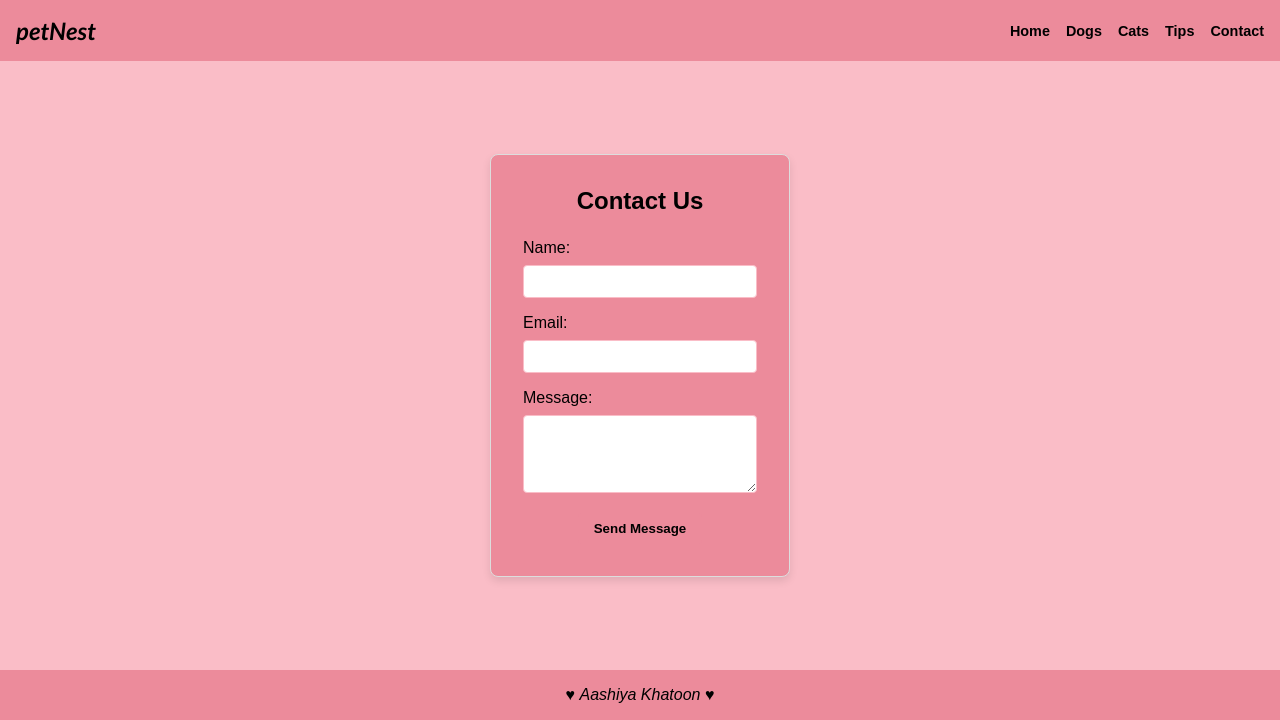
Repository: SHAHZADcodr/pet_care
Page: pages/contact.html
The author's editor kept a copy of each file at every save. The page is drawn from the files as they stood at one save, then again after the next save.
The browser window is 1280 px wide. The pictures show the whole page.

Above is the page before, as saved 2024-11-04 23:40:29.

### pages/contact.html
<!DOCTYPE html>
<html lang="en">
<head>
    <meta charset="UTF-8">
    <meta name="viewport" content="width=device-width, initial-scale=1.0">
    <title>Contact Us</title>
    <link rel="stylesheet" href="contact.css"> <!-- Link to your CSS file -->
</head>
<body>
    <header>
        <nav>
     <h1 id="webName"><i><strong>petNest</strong></i></h1>
     <ul id="nav-links">
         <li><a href="../index.html">Home</a></li>
         <li><a href="dog.html">Dogs</a></li>
         <li><a href="cat.html">Cats</a></li>
         <li><a href="tips.html">Tips</a></li>
         <li><a href="contact.html" id="you">Contact</a></li>
     </ul>
 </nav>
    </header>
    <main class="contact-page">
        <div class="contact-card">
            <h2>Contact Us</h2>
            <form id="contact-form">
                <div class="form-group">
                    <label for="name">Name:</label>
                    <input type="text" id="name" name="name" required>
                </div>
                <div class="form-group">
                    <label for="email">Email:</label>
                    <input type="email" id="email" name="email" required>
                </div>
                <div class="form-group">
                    <label for="message">Message:</label>
                    <textarea id="message" name="message" rows="4" required></textarea>
                </div>
                <button type="submit">Send Message</button>
            </form>
        </div>
    </main>
    <footer>
        <p>&hearts; <i>Aashiya Khatoon</i> &hearts;</p>
    </footer>
</body>
</html>

### pages/contact.css
/* General Reset */
* {
    margin: 0;
    padding: 0;
    box-sizing: border-box;
}
:root{
    --bg-background-color:rgb(236, 139, 155);
    --bg--body-color:rgb(250, 189, 199);
}
/* Basic Layout */
body {
    font-family: Arial, sans-serif;
    display: flex;
    flex-direction: column;
    min-height: 100vh; /* Ensures body takes full height of the viewport */
    background-color:var(--bg--body-color);
    cursor:url(/images/cursor.svg)3 3,auto;
}

header {
    background-color:var(--bg-background-color);
    padding: 1rem;
    color: black;;
}

nav {
    display: flex;
    justify-content: space-between;
    align-items: center;
}

#nav-links {
    list-style-type: none;
    display: flex;
    gap: 1rem;
}

#nav-links a {
    color:black;
    text-decoration: none;
    font-size:0.9rem;
    font-weight: 600;
    transition:color 0.2s;
}
#nav-links a:hover{
    color:white!important;
}

/*Website name*/
#webName{
    font-family: 'Gill Sans', 'Gill Sans MT', Calibri, 'Trebuchet MS', sans-serif;
}
#webName:hover{
    color:aliceblue;
}


.contact-page {
    flex-grow: 1; /* Allows the main content to grow and push footer down */
    display: flex;
    justify-content: center;
    align-items: center;
}

.contact-card {
    background-color:var(--bg-background-color);
    border: 1px solid #ddd;
    border-radius: 8px;
    box-shadow: 0 4px 8px rgba(0, 0, 0, 0.1);
    padding: 2rem;
    width: 300px; /* Fixed width for contact card */
    text-align: center;
}

.contact-card h2 {
    margin-bottom: 1.5rem;
}

.form-group {
    margin-bottom: 1rem;
    text-align: left;
}

.form-group label {
    display: block;
    margin-bottom: 0.5rem;
}

.form-group input,
.form-group textarea {
    width: 100%;
    padding: 0.5rem;
    border: 1px solid var(--bg--body-color);
    border-radius: 4px;
}

button {
    background-color:var(--bg-background-color);
    border: none;
    padding: 0.5rem 1rem;
    border-radius: 4px;
    cursor: pointer;
    font-weight: bold;
}

button:hover {
    background-color:rgba(229, 209, 32, 0.881); /* Darken button on hover */
}

footer {
    background-color:var(--bg-background-color);
    text-align: center;
    padding: 1rem;
}

/* Responsive Design */
@media (max-width: 600px) {
    .contact-card {
        width: 90%; /* Full width on small screens */
    }
}

After the next save:
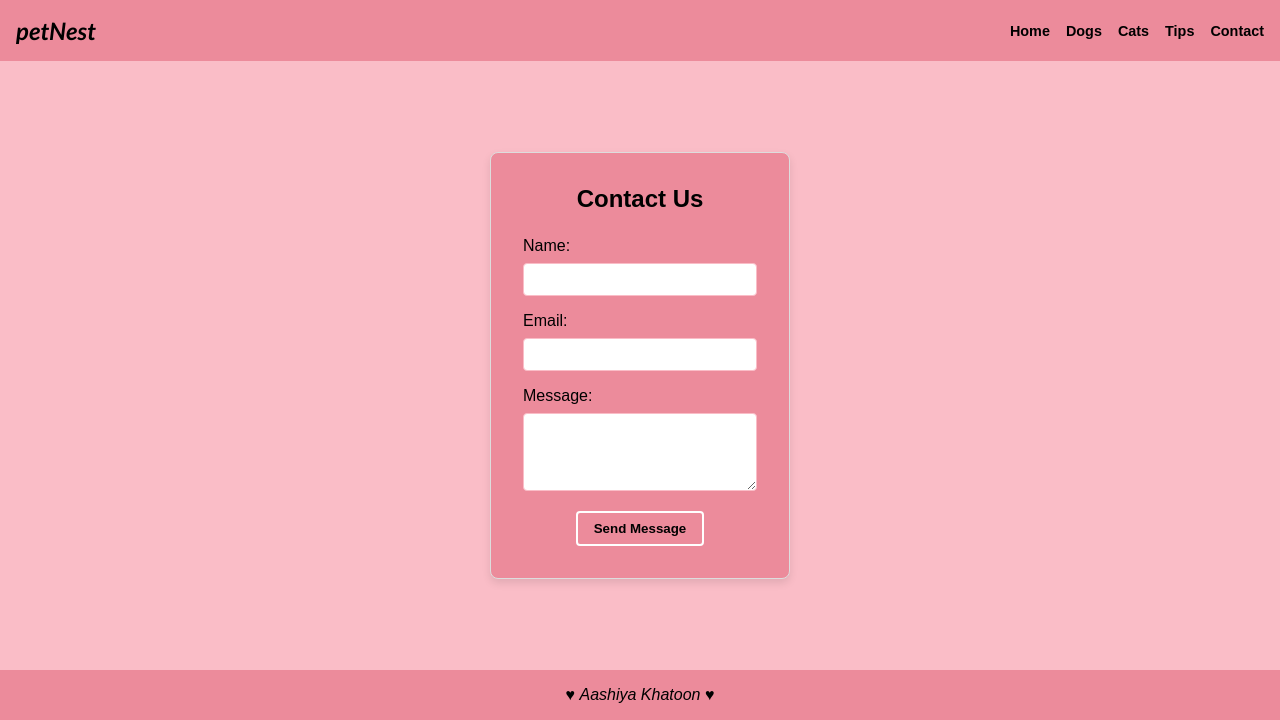
Saved 10 s later.
--- a/pages/contact.css
+++ b/pages/contact.css
@@ -97,7 +97,7 @@ nav {
 
 button {
     background-color:var(--bg-background-color);
-    border: none;
+    border:2px solid white;
     padding: 0.5rem 1rem;
     border-radius: 4px;
     cursor: pointer;
